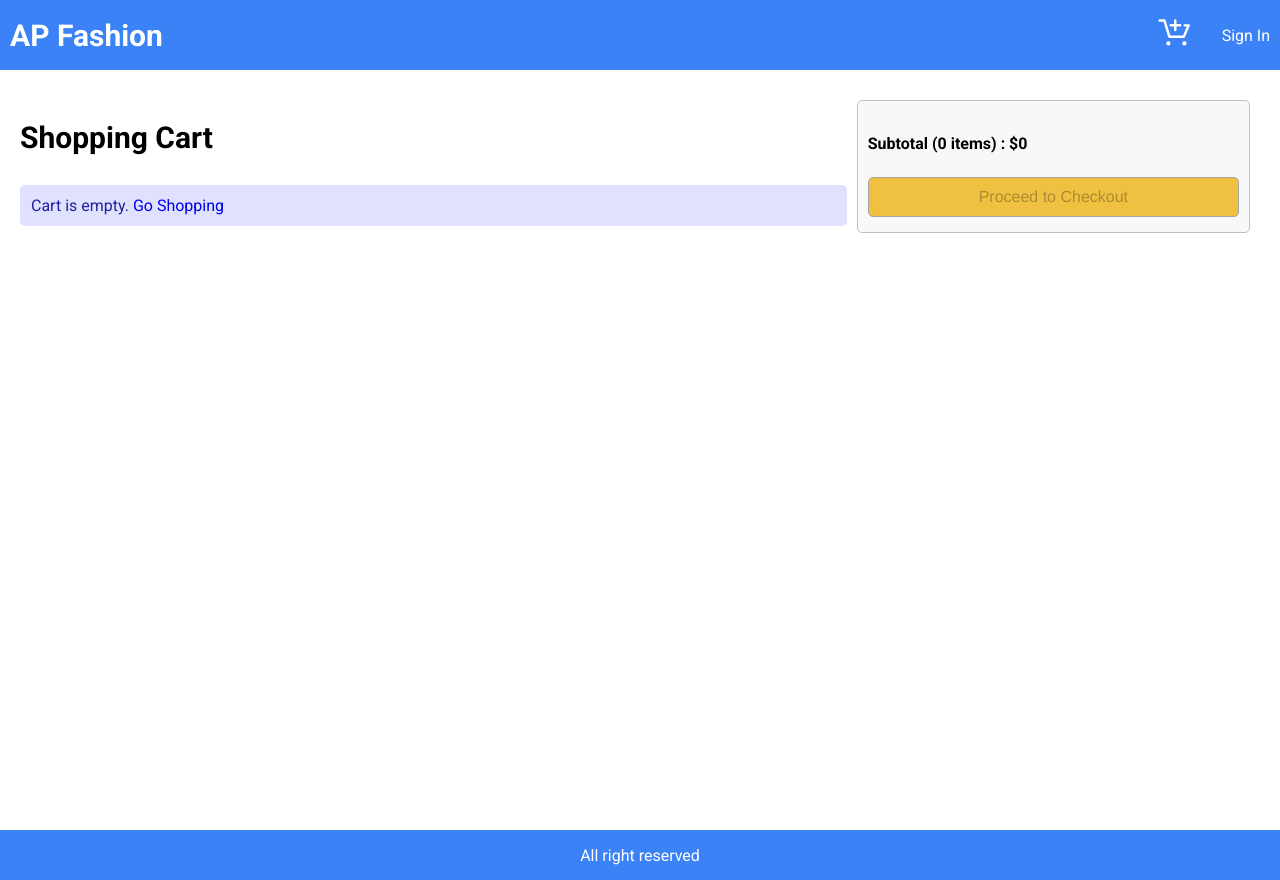
Repository: rexhep/e-commerce
Page: /cart (app in frontend/)
An editor plug-in stored every save of this project. The page is shown before and after the next save, followed by the edit.
The browser window is 1280 px wide. The pictures show the whole page.
The project was rebuilt for these pictures with package versions that can differ from the ones it lists, and the page was loaded fresh each time. Also part of the build but not shown: frontend/src/actions/userActions.js, frontend/src/components/clientHeader/ClientHeader.jsx, frontend/src/components/Rating.js, frontend/src/components/Product.js, frontend/src/components/LoadingBox.js, frontend/src/actions/productActions.js, frontend/src/components/clientHeader/HeaderSlider.jsx, frontend/src/pages/HomePage.js and 21 more.

Above is the page before, as saved 2021-10-13 01:14:42.

### frontend/public/index.html
<!DOCTYPE html>
<html lang="en">
  <head>
    <meta charset="utf-8" />
    <link rel="icon" href="%PUBLIC_URL%/favicon.ico" />
    <meta name="viewport" content="width=device-width, initial-scale=1" />
    <meta name="theme-color" content="#000000" />
    <meta
      name="description"
      content="Web site created using create-react-app"
    />
    <link rel="apple-touch-icon" href="%PUBLIC_URL%/logo192.png" />
    <!--
      manifest.json provides metadata used when your web app is installed on a
      user's mobile device or desktop. See https://developers.google.com/web/fundamentals/web-app-manifest/
    -->
    <link rel="manifest" href="%PUBLIC_URL%/manifest.json" />
    <!--
      Notice the use of %PUBLIC_URL% in the tags above.
      It will be replaced with the URL of the `public` folder during the build.
      Only files inside the `public` folder can be referenced from the HTML.

      Unlike "/favicon.ico" or "favicon.ico", "%PUBLIC_URL%/favicon.ico" will
      work correctly both with client-side routing and a non-root public URL.
      Learn how to configure a non-root public URL by running `npm run build`.
    -->
    <link
        rel="stylesheet"
        href="https://cdnjs.cloudflare.com/ajax/libs/font-awesome/4.7.0/css/font-awesome.min.css"
      />
      <link rel="preconnect" href="https://fonts.googleapis.com">
      <link href="https://fonts.googleapis.com/css2?family=Roboto:ital,wght@0,100;0,300;0,400;0,500;0,700;0,900;1,100;1,300;1,400;1,500;1,700;1,900&display=swap" rel="stylesheet">
    <title>React App</title>
  </head>
  <body>
    <noscript>You need to enable JavaScript to run this app.</noscript>
    <div id="root"></div>
    <!--
      This HTML file is a template.
      If you open it directly in the browser, you will see an empty page.

      You can add webfonts, meta tags, or analytics to this file.
      The build step will place the bundled scripts into the <body> tag.

      To begin the development, run `npm start` or `yarn start`.
      To create a production bundle, use `npm run build` or `yarn build`.
    -->
  </body>
</html>

### frontend/src/index.js
import React from 'react';
import { Provider } from 'react-redux';
import ReactDOM from 'react-dom';
import './index.css';
import App from './App';
import reportWebVitals from './reportWebVitals';
import store from './store';

ReactDOM.render(
  <Provider store={store}>
    <React.StrictMode>
      <App />
    </React.StrictMode>
  </Provider>,
  document.getElementById('root')
);

// If you want to start measuring performance in your app, pass a function
// to log results (for example: reportWebVitals(console.log))
// or send to an analytics endpoint. Learn more: https://bit.ly/CRA-vitals
reportWebVitals();

### frontend/src/index.css
html {
  font-size: 62.5%; /* 16px x 62.5 = 10px = 1rem */
  box-sizing: border-box;
}

body {
  margin: 0;
  height: 100vh;
  font-size: 1.6rem;
  font-family: 'Roboto', sans-serif;
  -webkit-font-smoothing: antialiased;
  -moz-osx-font-smoothing: grayscale;
}
#root {
  height: 100%;
}

/* Layout */
.primary-container {
  margin-top: 20px;
}
.grid-container {
  display: grid;
  grid-template-areas:
  'header'
  'main'
  'footer';
  grid-template-columns: 1fr;
  grid-template-rows: 5rem 1fr 5rem;
  height: 100%;
}

header {
  grid-area: header;
  background-color: #3B82F6;
  height: 50px;
}

main {
  /* grid-area: main;
  padding: 1rem; */
}

footer {
  grid-area: footer;
  background-color: #3B82F6;
  height: 50px;
  color: #fff
}
/* Common */
h1 {
  font-size: 1.8rem;
  padding: 1rem 0;
}

h2 {
  font-size: 1.6rem;
  padding: 1rem 0;
}
a {
  text-decoration: none;
}
a:hover {
  color: #ff8000;
}
ul {
  padding: 0;
  margin: 0;
  list-style-type: none;
}
li {
  margin-top: 1rem;
}

.mr-20 {
  margin-right: 20px;
}

input,
select,
textarea,
button {
  padding: 1rem;
  border-radius: 0.5rem;
  border: 0.1rem #a4a4a4 solid;
  font-size: 1.6rem;
  font-family: Helvetica, Arial, sans-serif;
  -webkit-font-smoothing: antialiased;
  -moz-osx-font-smoothing: grayscale;
}

button {
  background-color: #f8f8f8;
  cursor: pointer;
}

#fade-button {
  color: #fff;
  font-size: 1.6rem;
}
#fade-button:hover {
  border: none;
}

input:hover,
select:hover,
textarea:hover,
button:hover {
  border: 0.1rem #404040 solid;
}
button.primary {
  background-color: #f0c040;
}
button.block {
  width: 100%;
}

button.small {
  font-size: 1.2rem;
}

/* Header */
header {
  color: #fff;
  padding: 1rem;
}
header div a {
  color: #fff;
}
a.brand {
  color: white;
  font-size: 3rem;
  font-weight: bold;
}
.badge {
  background-color: #f02020;
  color: #ffffff;
  border-radius: 50%;
  padding: 0.2rem 0.7rem;
  font-size: 1.4rem;
  margin-left: 0.2rem;
}
.row {
  display: flex;
  flex-wrap: wrap;
  justify-content: space-between;
  align-items: center;
}
.row.center {
  justify-content: center;
}
.row.top {
  align-items: flex-start;
}
.col-1 {
  flex: 1 1 25rem;
}
.col-2 {
  flex: 2 1 50rem;
}

.min-30 {
  min-width: 30rem;
}

/* Image */
img {
  border-radius: 0.5rem;
}
img.small {
  max-width: 5rem;
  width: 100%;
}
img.medium {
  max-width: 29rem;
  width: 100%;
}
img.large {
  width: 100%;
}
img.custom-image {
  max-width: 29rem;
  width: 100%;
  max-height: 600px;
  height: 100%;
}

/* SLIDER */
.slider-cover {
  float: left;
  width: 100%;
  height: 800px;
}

.slider-cover .desc {
  position: absolute;
  left: 50%;
  top: 50%;
  transform: translate(-50%, -50%);
  -ms-transform: translate(-50%, -50%); /* for IE 9 */
  -webkit-transform: translate(-50%, -50%); /* for Safari */
}

.slider-cover .desc h2.title {
  font-size: 32px;
  color: #fff;
  text-align: center;
  font-weight: 700;
}

.slider-cover .desc p {
  color: #fff;
  font-size: 16px;
  text-align: center;
  font-weight: 300;
}


/* Card */
.card {
  border: 0.1rem #c0c0c0 solid;
  background-color: #f8f8f8;
  border-radius: 0.5rem;
  margin: 1rem;
}
.card-body {
  padding: 1rem;
}

.card-body > * {
  margin-bottom: 0.5rem;
}

.custom-card {
  overflow: visible !important;
}

.custom-item, .custom-card {
  box-shadow: none !important;
  border-radius: 0 !important;
}

.custom-item {
  border:solid 1px #ccc9c9;
}

.custom-card-content a h2 {
  font-size: 18px;
  color: #1F2937;
  font-weight: 300;
    text-transform: uppercase;
}

.custom-card-content .rating span {
  font-size: 14px;
  font-weight: 300;
}

.custom-card-content .price {
  font-size: 18px;
  font-weight: 700;
  padding-top: 20px;
}

.custom-card img {
  border-radius: 0;
}

.test {
  z-index: 9999;
  background-color: red;
}

.price {
  font-size: 2rem;
}

/* Rating */
.rating span {
  color: #f0c040;
  margin: 0.1rem;
}
.rating span:last-child {
  color: #404040;
}

/* Alert */
.loading {
  display: block !important;
}
.success {
  color: #20a020;
}
.danger {
  color: #a02020;
}

.alert {
  padding: 1rem;
  border: 0.1rem solid transparent;
  border-radius: 0.5rem;
}
.alert-info {
  color: #2020a0;
  background-color: #e0e0ff;
}
.alert-danger {
  color: #a02020;
  background-color: #ffe0e0;
}

.alert-success {
  color: #20a020;
  background-color: #eeffe0;
}

/* Form */
.form {
  max-width: 60rem;
  margin: 0 auto;
}
.form > div {
  display: flex;
  flex-direction: column;
  margin: 1rem;
}
.form label {
  margin: 1rem 0;
}

/* Dropdown */
.dropdown {
  display: inline-block;
  position: relative;
}
.dropdown-content {
  position: absolute;
  display: none;
  right: 0;
  min-width: 12rem;
  padding: 1rem;
  z-index: 1;
  background-color: #203040;
  margin: 0;
  margin-top: 0.4rem;
  border-radius: 0.5rem;
}
.dropdown:hover .dropdown-content {
  display: block;
}

/* Checkout Steps */
.checkout-steps > div {
  border-top: 0.3rem #c0c0c0 solid;
  color: #c0c0c0;
  flex: 1;
  padding: 1rem;
  font-weight: bold;
}
.checkout-steps > div.active {
  border-top-color: #f08000;
  color: #f08000;
}

/* Table */
.table {
  width: 100%;
  border-collapse: collapse;
}
.table tbody tr:nth-of-type(odd) {
  background-color: #f4f4f4;
}
.table td,
.table th {
  text-align: left;
  border: 0.1rem solid #e4e4e4;
  padding: 0.5rem;
}
.table button {
  margin: 0 0.2rem;
}

/* font-SIZE */
.fontSize, .fontSize a {
  font-size: 1.6rem !important;
  color: #333 !important;
}
.fontSize-avatar {
  color: #fff;
  font-size: 1.6rem !important;
}

/* AVATAR ICON */
.avatar-icon {
  margin-left: 10px !important;
}
.avatar-icon:hover {
  border: 0;
}

/* SPINNER */
.spinner-box {
  width: 100%;
  height: 85vh;
  display: flex;
  justify-content: center;
  align-items: center;
  background-color: transparent;
}
.three-quarter-spinner {
  width: 50px;
  height: 50px;
  border: 3px solid #fb5b53;
  border-top: 3px solid transparent;
  border-radius: 50%;
  animation: spin .5s linear 0s infinite;
}

/* END SPINNER */

/* PRODUCT DETAILS */
.product-details {
  padding: 20px;
}
.product-details-image {
  width: 100%;
}

.product-details-image img {
  width: auto;
  max-height: 500px;
  margin: 0 auto;
  display: block;
  border: solid 1px;
  border-radius: 0;
}

.product-details h1 {
  text-transform: uppercase;
  font-family: 'Roboto', sans-serif;
}

.product-details ul li {
  font-family: 'Roboto', sans-serif;
  font-weight: 300;
}

/* END PRODUCT DETAILS */

/* KEYFRAMES */

@keyframes spin {
  from {
    transform: rotate(0);
  }
  to{
    transform: rotate(359deg);
  }
}

@keyframes spin3D {
  from {
    transform: rotate3d(.5,.5,.5, 360deg);
  }
  to{
    transform: rotate3d(0deg);
  }
}

@keyframes configure-clockwise {
  0% {
    transform: rotate(0);
  }
  25% {
    transform: rotate(90deg);
  }
  50% {
    transform: rotate(180deg);
  }
  75% {
    transform: rotate(270deg);
  }
  100% {
    transform: rotate(360deg);
  }
}

@keyframes configure-xclockwise {
  0% {
    transform: rotate(45deg);
  }
  25% {
    transform: rotate(-45deg);
  }
  50% {
    transform: rotate(-135deg);
  }
  75% {
    transform: rotate(-225deg);
  }
  100% {
    transform: rotate(-315deg);
  }
}

@keyframes pulse {
  from {
    opacity: 1;
    transform: scale(1);
  }
  to {
    opacity: .25;
    transform: scale(.75);
  }
}

### frontend/src/components/privateRoute.js
import React from 'react';
import { useSelector } from 'react-redux';
import { Redirect, Route } from 'react-router-dom';

export default function PrivateRoute({ component: Component, ...rest }) {
    const userSignin = useSelector((state) => state.userSignin);
    const { userInfo } = userSignin;
    return (
        <Route
            {...rest}
            render={(props) =>
                userInfo ? (
                    <Component {...props}></Component>
                ) : (
                    <Redirect to="/signin" />
                )
            }
        ></Route>
    );
}

### frontend/src/pages/CartPage.js
import React, { useEffect } from 'react';
import { Button, makeStyles } from "@material-ui/core";
import { red } from '@mui/material/colors';
import { useDispatch, useSelector } from 'react-redux';
import { Link } from 'react-router-dom';
import { addToCart, removeFromCart } from '../actions/cartActions';
import ClientNavbar from '../components/clientHeader/ClientNavbar';
import MessageBox from '../components/MessageBox';

const useStyles = makeStyles((theme) => {
    console.log('THEMELL', theme);
    return ({
        deleteButton: {
            color: theme.palette.primary.contrastText,
            background: red[700],
            fontSize: theme.typography.h6.fontSize,
            fontWeight: theme.typography.h6.fontWeight,
            letterSpacing: theme.typography.h6.letterSpacing,

            '&:hover': {
                background: red[900],
                border: 'none !important'
            }
        },
        mainGrid: {
            height: '100vh',
            width: '100%',
            fontSize: '14px'
        },
        cardRow: {
            padding: 20,
            minHeight: '100vh'
        },
        flexOne: {
            flex: 1
        },
        pageTitle: {
            fontSize: theme.typography.h3.fontSize
        }
    });
});

export default function CartPage(props) {
    const classes = useStyles();
    const productId = props.match.params.id;
    const qty = props.location.search
        ? Number(props.location.search.split('=')[1])
        : 1;

    const cart = useSelector(state => state.cart);
    const { cartItems } = cart;
    const dispatch = useDispatch();

    useEffect(() => {
        if (productId) {
            dispatch(addToCart(productId, qty));
        }
    }, [dispatch, productId, qty]);

    const removeFromCartHandler = (id) => {
        // delete action
        dispatch(removeFromCart(id));
    };

    const checkoutHandler = () => {
        props.history.push('/signin?redirect=shipping');
    }

    return (
        <>
            <ClientNavbar />
            <div className={`${classes.cardRow} row top`}>
                <div className="col-2">
                    <h1 className={classes.pageTitle}>Shopping Cart</h1>
                    {cartItems.length === 0 ? (
                        <MessageBox>
                            Cart is empty. <Link to="/">Go Shopping</Link>
                        </MessageBox>
                    ) : (
                        <ul>
                            {cartItems.map((item) => (
                                <li key={item.product}>
                                    <div className="row">
                                        <div>
                                            <img
                                                src={item.image}
                                                alt={item.name}
                                                className="small"
                                            ></img>
                                        </div>
                                        <div className={`${classes.flexOne} min-30`}>
                                            <Link to={`/product/${item.product}`}>{item.name}</Link>
                                        </div>
                                        <div className={`${classes.flexOne}`}>
                                            <select
                                                value={item.qty}
                                                onChange={(e) =>
                                                    dispatch(
                                                        addToCart(item.product, Number(e.target.value))
                                                    )
                                                }
                                            >
                                                {[...Array(item.countInStock).keys()].map((x) => (
                                                    <option key={x + 1} value={x + 1}>
                                                        {x + 1}
                                                    </option>
                                                ))}
                                            </select>
                                        </div>
                                        <div className={`${classes.flexOne} `}>${item.price}</div>
                                        <div>
                                            <Button variant="contained" onClick={() => removeFromCartHandler(item.product)} className={classes.deleteButton}>
                                                Delete
                                            </Button>
                                        </div>
                                    </div>
                                </li>
                            ))}
                        </ul>
                    )}
                </div>
                <div className="col-1">
                    <div className="card card-body">
                        <ul>
                            <li>
                                <h2>
                                    Subtotal ({cartItems.reduce((a, c) => a + c.qty, 0)} items) : $
                                    {cartItems.reduce((a, c) => a + c.price * c.qty, 0)}
                                </h2>
                            </li>
                            <li>
                                <button
                                    type="button"
                                    onClick={checkoutHandler}
                                    className="primary block"
                                    disabled={cartItems.length === 0}
                                >
                                    Proceed to Checkout
                                </button>
                            </li>
                        </ul>
                    </div>
                </div>
            </div >
        </>
    )
}

### frontend/src/components/AdminRoute.js
import React from 'react';
import { useSelector } from 'react-redux';
import { Redirect, Route } from 'react-router-dom';

export default function AdminRoute({ component: Component, ...rest }) {
    const userSignin = useSelector((state) => state.userSignin);
    const { userInfo } = userSignin;
    return (
        <Route
            {...rest}
            render={(props) =>
                userInfo && userInfo.isAdmin ? (
                    <Component {...props}></Component>
                ) : (
                    <Redirect to="/signin" />
                )
            }
        ></Route>
    )
}

### frontend/src/components/clientHeader/ClientNavbar.jsx
import React from 'react';
import { useSelector } from 'react-redux';
import { Link } from 'react-router-dom';
import { makeStyles } from '@material-ui/core';
import addToCartImage from '../../components/clientHeader/images/add-to-cart.png';
import ClientHeader from '../clientHeader/ClientHeader';

const useStyles = makeStyles((theme) => ({
    dashboardDropdown: {
        padding: "0px 10px",
        '& a': {
            textTransform: 'uppercase'
        }
    },
    addToCartSector: {
        position: 'relative',
        marginLeft: 'auto',
        '& .badge': {
            position: "absolute",
            right: -15
        }
    },
    rowHeader: {
        display: "flex",
        alignItems: "center",
        justifyContent: "flex-end",
        flexWrap: "wrap",
        rowGap: "10px",
        columnGap: "2em"
    }
  }));

export default function ClientNavbar() {
    const classes = useStyles();
    const cart = useSelector(state => state.cart);
    const { cartItems } = cart;

    const userSignin = useSelector((state) => state.userSignin);
    const { userInfo } = userSignin;

    return (
        <div>
                <header className={classes.rowHeader}>
                    <div>
                        <Link className="brand" to="/">AP Fashion</Link>
                    </div>
                    <div className={classes.addToCartSector}>
                        <Link to="/cart">
                        <img src={addToCartImage} alt="Add to cart" />
                            {cartItems.length > 0 && (
                                <span className="badge">{cartItems.length}</span>
                            )}
                        </Link>
                    </div>
                    <div>
                        {userInfo ? (
                            <div className="dropdown">
                                <ClientHeader />
                            </div>
                        ) : (
                            <Link to="/signin">Sign In</Link>
                        )}
                        {userInfo && userInfo.isAdmin && (
                            <div className={`${classes.dashboardDropdown} dropdown`}>
                                <Link to="/dashboard">Dashboard</Link>
                            </div>
                        )}
                    </div>
                </header>
            </div>
    )
}

### frontend/src/constants/orderConstants.js
export const ORDER_CREATE_REQUEST = 'ORDER_CREATE_REQUEST';
export const ORDER_CREATE_SUCCESS = 'ORDER_CREATE_SUCCESS';
export const ORDER_CREATE_FAIL = 'ORDER_CREATE_FAIL';
export const ORDER_CREATE_RESET = 'ORDER_CREATE_RESET';

export const ORDER_PAY_REQUEST = 'ORDER_PAY_REQUEST';
export const ORDER_PAY_SUCCESS = 'ORDER_PAY_SUCCESS';
export const ORDER_PAY_FAIL = 'ORDER_PAY_FAIL';
export const ORDER_PAY_RESET = 'ORDER_PAY_RESET';


export const ORDER_DETAILS_REQUEST = 'ORDER_DETAILS_REQUEST';
export const ORDER_DETAILS_SUCCESS = 'ORDER_DETAILS_SUCCESS';
export const ORDER_DETAILS_FAIL = 'ORDER_DETAILS_FAIL';

export const ORDER_MINE_LIST_REQUEST = 'ORDER_MINE_LIST_REQUEST';
export const ORDER_MINE_LIST_SUCCESS = 'ORDER_MINE_LIST_SUCCESS';
export const ORDER_MINE_LIST_FAIL = 'ORDER_MINE_LIST_FAIL';

export const MENAGE_ORDERS_REQUEST = 'MENAGE_ORDERS_REQUEST';
export const MENAGE_ORDERS_SUCCESS = 'MENAGE_ORDERS_SUCCESS';
export const MENAGE_ORDERS_FAIL = 'MENAGE_ORDERS_FAIL';

export const CHANGE_ORDER_DELIVERY_REQUEST = 'CHANGE_ORDER_DELIVERY_REQUEST';
export const CHANGE_ORDER_DELIVERY_SUCCESS = 'CHANGE_ORDER_DELIVERY_SUCCESS';
export const CHANGE_ORDER_DELIVERY_FAIL = 'CHANGE_ORDER_DELIVERY_FAIL';

### frontend/src/constants/userConstants.js
export const USER_REGISTER_REQUEST = 'USER_REGISTER_REQUEST';
export const USER_REGISTER_SUCCESS = 'USER_REGISTER_SUCCESS';
export const USER_REGISTER_FAIL = 'USER_REGISTER_FAIL';

export const USER_SIGNIN_REQUEST = 'USER_SIGNIN_REQUEST';
export const USER_SIGNIN_SUCCESS = 'USER_SIGNIN_SUCCESS';
export const USER_SIGNIN_FAIL = 'USER_SIGNIN_FAIL';

export const USER_SIGNOUT = 'USER_SIGNOUT';

export const USER_DETAILS_REQUEST = 'USER_DETAILS_REQUEST';
export const USER_DETAILS_SUCCESS = 'USER_DETAILS_SUCCESS';
export const USER_DETAILS_FAIL = 'USER_DETAILS_FAIL';

export const USER_UPDATE_PROFILE_REQUEST = 'USER_UPDATE_PROFILE_REQUEST';
export const USER_UPDATE_PROFILE_SUCCESS = 'USER_UPDATE_PROFILE_SUCCESS';
export const USER_UPDATE_PROFILE_FAIL = 'USER_UPDATE_PROFILE_FAIL';
export const USER_UPDATE_PROFILE_RESET = 'USER_UPDATE_PROFILE_RESET';

export const ADMIN_ALL_USERS_REQUEST = 'ADMIN_ALL_USERS_REQUEST';
export const ADMIN_ALL_USERS_SUCCESS = 'ADMIN_ALL_USERS_SUCCESS';
export const ADMIN_ALL_USERS_FAIL = 'ADMIN_ALL_USERS_FAIL';

### frontend/src/constants/productContants.js
export const PRODUCT_LIST_REQUEST = 'PRODUCT_LIST_REQUEST';
export const PRODUCT_LIST_SUCCESS = 'PRODUCT_LIST_SUCCESS';
export const PRODUCT_LIST_FAIL = 'PRODUCT_LIST_FAIL';

export const PRODUCT_DETAILS_REQUEST = 'PRODUCT_DETAILS_REQUEST';
export const PRODUCT_DETAILS_SUCCESS = 'PRODUCT_DETAILS_SUCCESS';
export const PRODUCT_DETAILS_FAIL = 'PRODUCT_DETAILS_FAIL';

export const PRODUCT_REGISTER_REQUEST = 'PRODUCT_REGISTER_REQUEST';
export const PRODUCT_REGISTER_SUCCESS = 'PRODUCT_REGISTER_SUCCESS';
export const PRODUCT_REGISTER_FAIL = 'PRODUCT_REGISTER_FAIL';

Loaded but not shown: frontend/src/reportWebVitals.js (common file); frontend/src/components/MessageBox.js (common file); frontend/src/constants/cartContstant.js (common file); frontend/src/reducers/orderReducers.js (108 lines, source omitted); frontend/src/reducers/userReducer.js (70 lines, source omitted); frontend/src/App.js (50 lines, source omitted); frontend/src/store.js (53 lines, source omitted); frontend/src/reducers/productReducers.js (40 lines, source omitted); frontend/src/actions/cartActions.js (43 lines, source omitted); frontend/src/reducers/cartReducers.js (39 lines, source omitted)

After the next save:
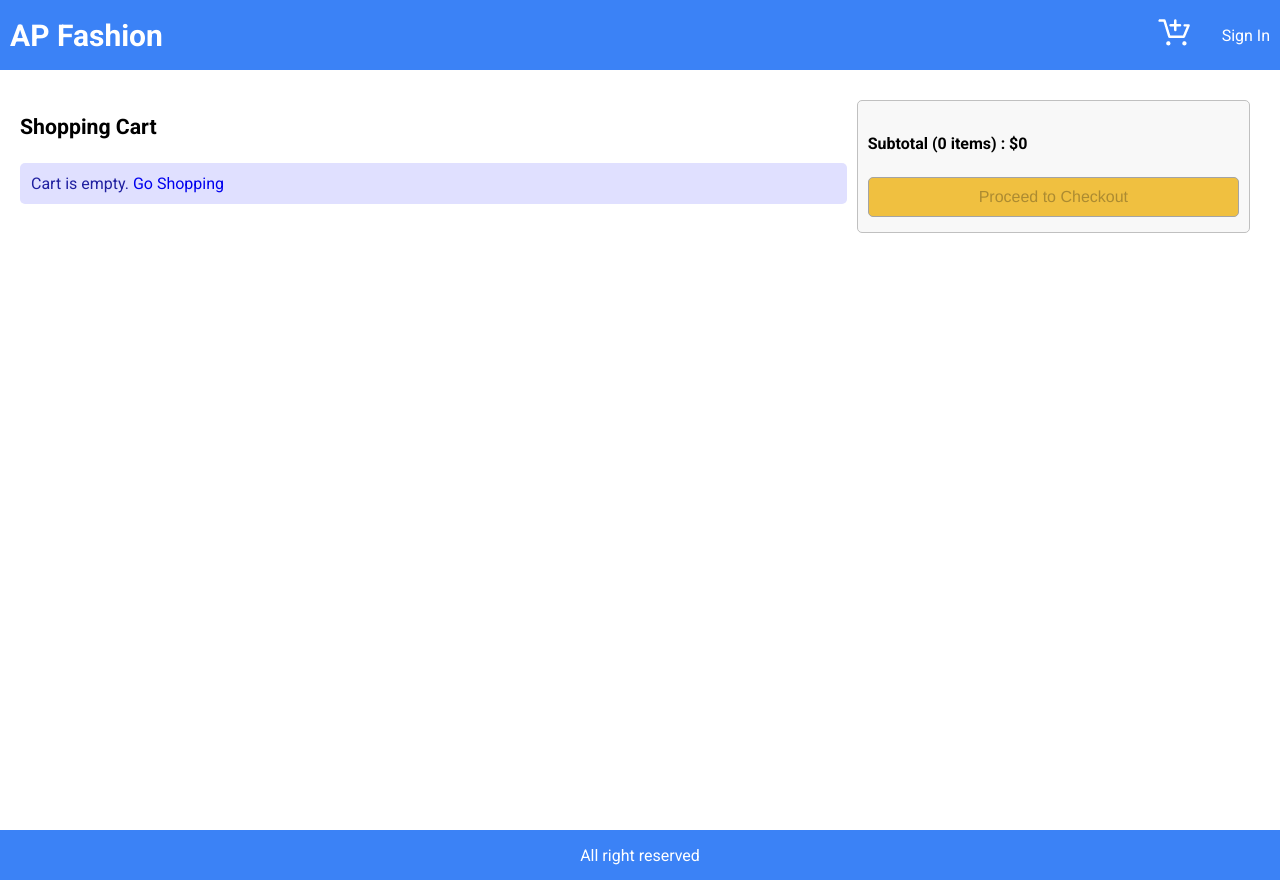
Saved 12 s later.
--- a/frontend/src/pages/CartPage.js
+++ b/frontend/src/pages/CartPage.js
@@ -35,7 +35,7 @@ const useStyles = makeStyles((theme) => {
             flex: 1
         },
         pageTitle: {
-            fontSize: theme.typography.h3.fontSize
+            fontSize: theme.typography.h4.fontSize
         }
     });
 });
